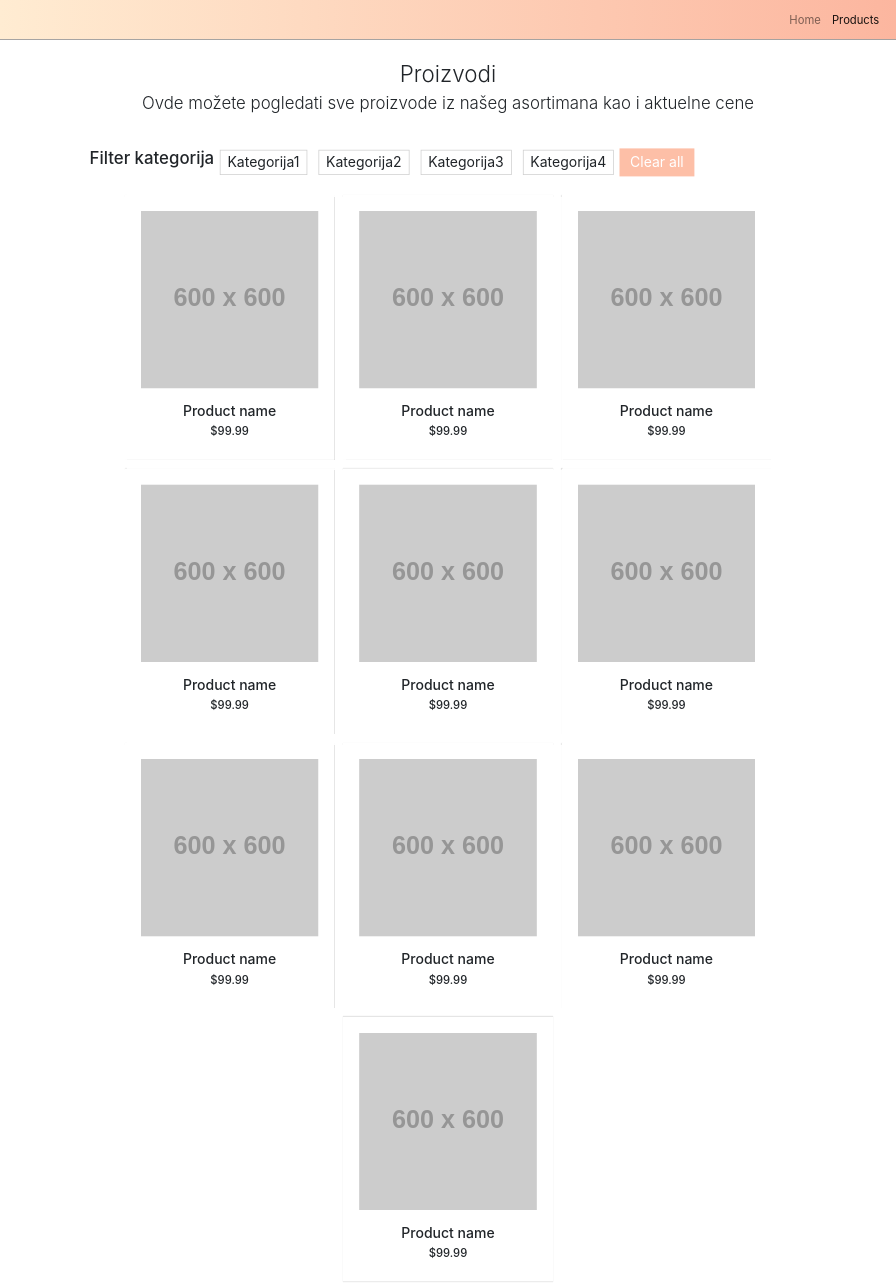
Repository: StevanFilipovic/TemplateForSinglepageWebsite
Page: products.html
An editor plug-in stored every save of this project. The page is shown before and after the next save, followed by the edit.
The browser window is 1280 px wide. The pictures show the whole page, at 70% of full size.
Some web libraries are served in a nearby version.

Above is the page before, as saved 2018-06-15 11:49:36.

### products.html
<!doctype html>
<html>
<head>
	<meta charset="utf-8">
	<title>One Page Scroll</title>
	<meta name="title" content="Website by Stevan" />
	<meta name="description" content="Proizvodi"/>
    <link rel="shortcut icon" id="favicon" href="">
    <meta name="viewport" content="initial-scale=1, width=device-width, maximum-scale=1, minimum-scale=1, user-scalable=no">
	<link href='http://fonts.googleapis.com/css?family=Open+Sans:300,400,700' rel='stylesheet' type='text/css'>
	<link href='http://fonts.googleapis.com/css?family=Pacifico:400' rel='stylesheet' type='text/css'>
	<script type="text/javascript" src="http://code.jquery.com/jquery-1.9.1.js"></script>
  <link href='products-page-style.css' rel='stylesheet' type='text/css'>
  <!-- Da bi koristili less potrebno je odkomentarisati donje dve linije i uraditi konverziju css-a i ubaciti u dole navedene fajlove -->
  <!-- <link rel="stylesheet/less" type="text/css" href="onepage-scrool.less" /> -->
  <!-- <link rel="stylesheet/less" type="text/css" href="styles.less" /> -->
  <!-- <script src="less.js" type="text/javascript"></script> -->
  <link rel="stylesheet" href="https://stackpath.bootstrapcdn.com/bootstrap/4.1.1/css/bootstrap.min.css" integrity="sha384-WskhaSGFgHYWDcbwN70/dfYBj47jz9qbsMId/iRN3ewGhXQFZCSftd1LZCfmhktB" crossorigin="anonymous">

<script>
    $(document).ready(function() {
  var $products = $('.grid-products'),
      $filters = $("#filters input[type='checkbox']"),
      product_filter = new ProductFilterLevel1($products, $filters);
  product_filter.init();
});

function ProductFilterLevel1(products, filters) {
  var _this = this;

  this.init = function() {
    this.products = products;
    this.filters = filters;
    this.bindEvents();
  };

  this.bindEvents = function() {
    this.filters.click(this.filterGridProducts);
    $('#none').click(this.removeAllFilters);
  };

  this.filterGridProducts = function() {
    _this.products.hide();
    var selectedFilters = _this.filters.filter(':checked');
    if (selectedFilters.length) {
      var selectedFiltersValues = [];
      selectedFilters.each(function() {
        var currentFilter = $(this);
        selectedFiltersValues.push("[data-" + currentFilter.attr('name') + "='" + currentFilter.val() + "']");
      });
      _this.products.filter(selectedFiltersValues.join(',')).show();
    } else {
      _this.products.show();
    }
  };

  this.removeAllFilters = function() {
    _this.filters.prop('checked', false);
    _this.products.show();
  }
}
</script>

</head>
<body>
        <div class="header">
                <nav class="navbar navbar-expand-lg navbar-light">
                  <!-- <a class="navbar-brand" href="#">Navbar</a> -->
                  <button class="navbar-toggler" type="button" data-toggle="collapse" data-target="#navbarNavDropdown" aria-controls="navbarNavDropdown" aria-expanded="false" aria-label="Toggle navigation">
                    <span class="navbar-toggler-icon"></span>
                  </button>
                  <div class="collapse navbar-collapse justify-content-end" id="navbarNavDropdown">
                    <ul class="navbar-nav">
                      <li class="nav-item ">
                        <a class="nav-link" href="index.html">Home </a>
                      </li>
                      <li class="nav-item active">
                        <a class="nav-link" href="products.html">Products<span class="sr-only">(current)</span></a>
                      </li>
                      </li>
                    </ul>
                  </div>
                </nav>
                </div>
<div class="intro-text">
    <h2>Proizvodi</h2>
    <h4>Ovde možete pogledati sve proizvode iz našeg asortimana kao i aktuelne cene</h4>
</div>
<div id="filters" class="products">
    <div class="filter-wrapper">
      <h4>Filter kategorija</h4>

      <input type="checkbox" name="colour" id="category1" value="category1" ></input>
      <label for="category1">Kategorija1</label>

      <input type="checkbox" name="colour" id="category2" value="category2"></input>
      <label for="category2">Kategorija2</label>

      <input type="checkbox" name="colour" id="category3" value="category3"></input>
      <label for="category3">Kategorija3</label>

      <input type="checkbox" name="colour" id="category4" value="category4"></input>
      <label for="category4">Kategorija4</label>

    </div>
    <div>
      <input class="button-clear dugme" type="button" id="none" value="Clear all"></input>
    </div>
  </div>

          <section class="products">
                <div class="product-card grid-products" data-colour="category1">
                    <div class="product-image">
                        <img src="http://via.placeholder.com/600x600">
                    </div>
                    <div class="product-info">
                        <h5>Product name</h5>
                        <h6>$99.99</h6>
                    </div>
                </div>

                <div class="product-card grid-products" data-colour="category1">
                    <div class="product-image">
                        <img src="http://via.placeholder.com/600x600">
                    </div>
                    <div class="product-info">
                        <h5>Product name</h5>
                        <h6>$99.99</h6>
                    </div>
                </div>

                <div class="product-card grid-products" data-colour="category2">
                    <div class="product-image">
                        <img src="http://via.placeholder.com/600x600">
                    </div>
                    <div class="product-info">
                        <h5>Product name</h5>
                        <h6>$99.99</h6>
                    </div>
                </div>

                <div class="product-card grid-products" data-colour="category2">
                    <div class="product-image">
                        <img src="http://via.placeholder.com/600x600">
                    </div>
                    <div class="product-info">
                        <h5>Product name</h5>
                        <h6>$99.99</h6>
                    </div>
                </div>

                <div class="product-card grid-products" data-colour="category3">
                    <div class="product-image">
                        <img src="http://via.placeholder.com/600x600">
                    </div>
                    <div class="product-info">
                        <h5>Product name</h5>
                        <h6>$99.99</h6>
                    </div>
                </div>

                <div class="product-card grid-products" data-colour="category3">
                    <div class="product-image">
                        <img src="http://via.placeholder.com/600x600">
                    </div>
                    <div class="product-info">
                        <h5>Product name</h5>
                        <h6>$99.99</h6>
                    </div>
                </div>

                <div class="product-card grid-products" data-colour="category3">
                    <div class="product-image">
                        <img src="http://via.placeholder.com/600x600">
                    </div>
                    <div class="product-info">
                        <h5>Product name</h5>
                        <h6>$99.99</h6>
                    </div>
                </div>

                <div class="product-card grid-products" data-colour="category4">
                    <div class="product-image">
                        <img src="http://via.placeholder.com/600x600">
                    </div>
                    <div class="product-info">
                        <h5>Product name</h5>
                        <h6>$99.99</h6>
                    </div>
                </div>

                <div class="product-card grid-products" data-colour="category4">
                    <div class="product-image">
                        <img src="http://via.placeholder.com/600x600">
                    </div>
                    <div class="product-info">
                        <h5>Product name</h5>
                        <h6>$99.99</h6>
                    </div>
                </div>

                <div class="product-card grid-products" data-colour="category4">
                    <div class="product-image">
                        <img src="http://via.placeholder.com/600x600">
                    </div>
                    <div class="product-info">
                        <h5>Product name</h5>
                        <h6>$99.99</h6>
                    </div>
                </div>

            </section>

</body>
</html>

### products-page-style.css
.header{
    background-image: linear-gradient(to right, #ffecd2 0%, #fcb69f 100%);
    border-bottom: 1px solid gray;
}
.intro-text{
  margin: 30px auto 50px;
}
.intro-text h2, .intro-text h4{
  text-align: center;
    font-weight: 300;
}
.products {
	display: flex;
    flex-wrap: wrap;
    width: 90%;
    margin: auto;
    justify-content: center;
}
#filters{
  margin-bottom: 20px;
  justify-content: start;
  width: 80%;
}

.product-card {
	display: flex;
	flex-direction: column;
    max-width: 300px;
	padding: 2%;
  /* flex: 1 16%; */
  margin: 6px;

	background-color: #FFF;
	box-shadow: 0px 0px 1px 0px rgba(0,0,0,0.25);
}

.product-image img {
	width: 100%;
}

.product-info {
	margin-top: auto;
	padding-top: 20px;
	text-align: center;
}

@media ( max-width: 920px ) {

	/* .product-card {
		flex: 1 21%;
	} */

	/* .products .product-card:first-child,
	.products .product-card:nth-child(2) {
		flex: 2 46%;
	} */

}

@media ( max-width: 600px ) {

	/* .product-card {
		flex: 1 46%;
	} */

}

@media ( max-width: 480px ) {

	h1 {
		margin-bottom: 20px;
	}

	.product-filter {
		flex-direction: column;
	}

	.sort {
		align-self: flex-start;
	}

}


/* Checkmark */

/* Customize the label (the container) */
.filter-wrapper input[type=checkbox]{
  display: none;
}


.filter-category{
  border: 1px solid #cccccc;
  padding: 2px 10px;
  margin: auto 8px;
}

input[type=checkbox] + label {
  display: block;
  position: relative;
  margin: auto 8px;
  cursor: pointer;
  font-size: 20px;
  -webkit-user-select: none;
  -moz-user-select: none;
  -ms-user-select: none;
  user-select: none;
  border: 1px solid #cccccc;
  padding: 2px 10px;
  transition:all 0.3s ease;
}
input[type=checkbox]:checked + label {
  background: #fdbfa7;
  border: 1px solid #fdbfa7;
  color: white;
}

input[type=checkbox]:hover + label {
  border: 1px solid #fdbfa7;
  box-shadow: inset 0 0 0 1px #fdbfa7;
  transition:all 0.3s ease;
}




  /* Hide the browser's default checkbox */
  .filter-container input {
    position: absolute;
    opacity: 0;
    cursor: pointer;
  }

  /* Create a custom checkbox */
  .checkmark {
    position: absolute;
    top: 0;
    left: 0;
    height: 30px;
    width: 30px;
    background-color: #eee;
    display: none;
  }

  /* On mouse-over, add a grey background color */
  .filter-container:hover input ~ .checkmark {
    background-color: #ccc;
  }

  /* When the checkbox is checked, add a blue background */
  .filter-container input:checked ~ .checkmark {
    background-color: #fdbfa7;
  }

  /* Create the checkmark/indicator (hidden when not checked) */
  .checkmark:after {
    content: "";
    position: absolute;
    display: none;
  }

  /* Show the checkmark when checked */
  .filter-container input:checked ~ .checkmark:after {
    display: block;
  }

  /* Style the checkmark/indicator */
  .filter-container .checkmark:after {
    left: 9px;
    top: 5px;
    width: 10px;
    height: 15px;
    border: solid white;
    border-width: 0 3px 3px 0;
    -webkit-transform: rotate(45deg);
    -ms-transform: rotate(45deg);
    transform: rotate(45deg);
  }

  .filter-wrapper{
      display: contents;
      margin-bottom: 15px;
  }

  .button-clear{
    background: #FDBFA7;
    font-size: 20px;
    color: white;
    border-style: none;
    cursor: pointer;
    padding: 5px 15px;
  }

After the next save:
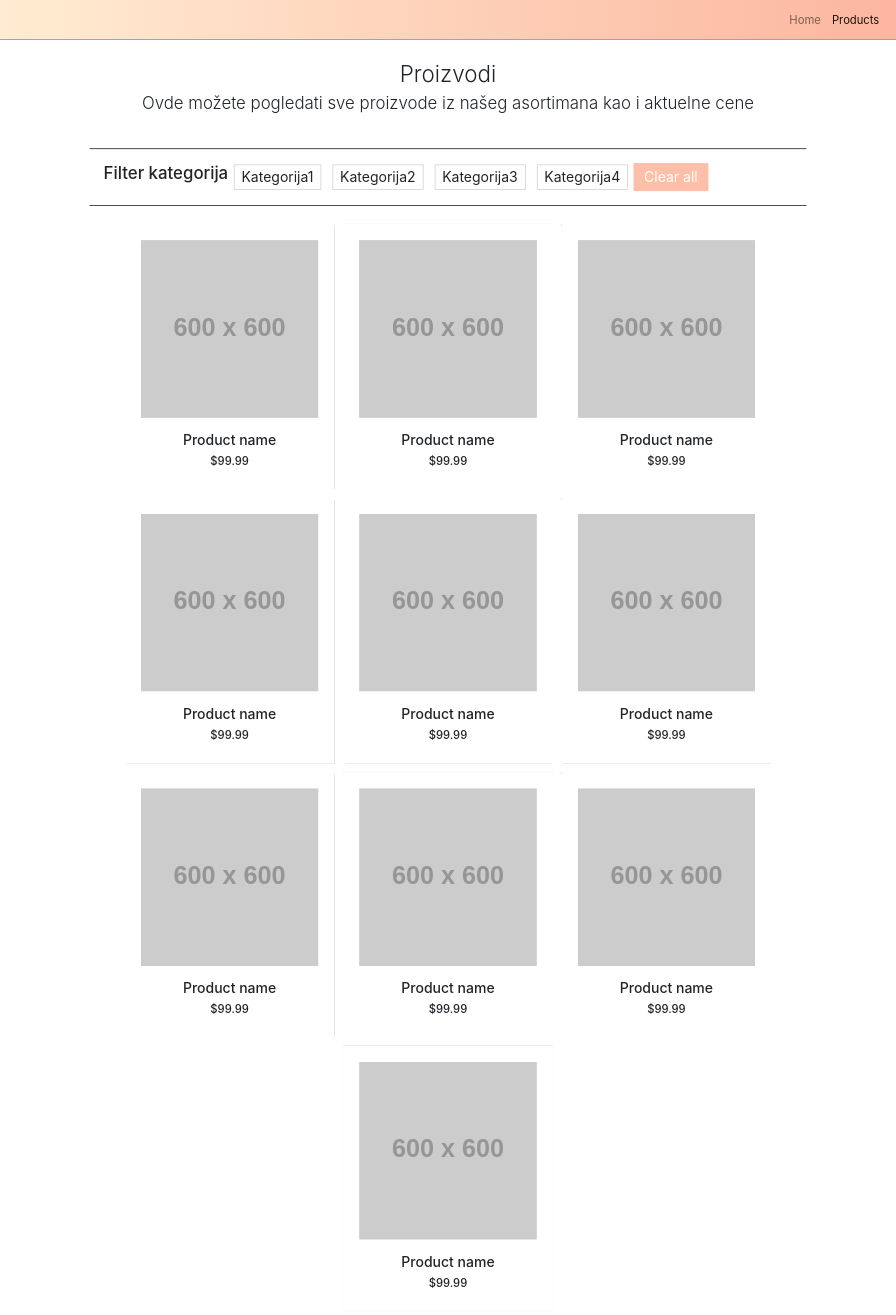
Saved 41 min 17 s later.
--- a/products-page-style.css
+++ b/products-page-style.css
@@ -17,9 +17,12 @@
     justify-content: center;
 }
 #filters{
-  margin-bottom: 20px;
   justify-content: start;
   width: 80%;
+  border-top: 1px solid black;
+  margin-bottom: 20px;
+  padding: 20px;
+  border-bottom: 1px solid black;
 }
 
 .product-card {
